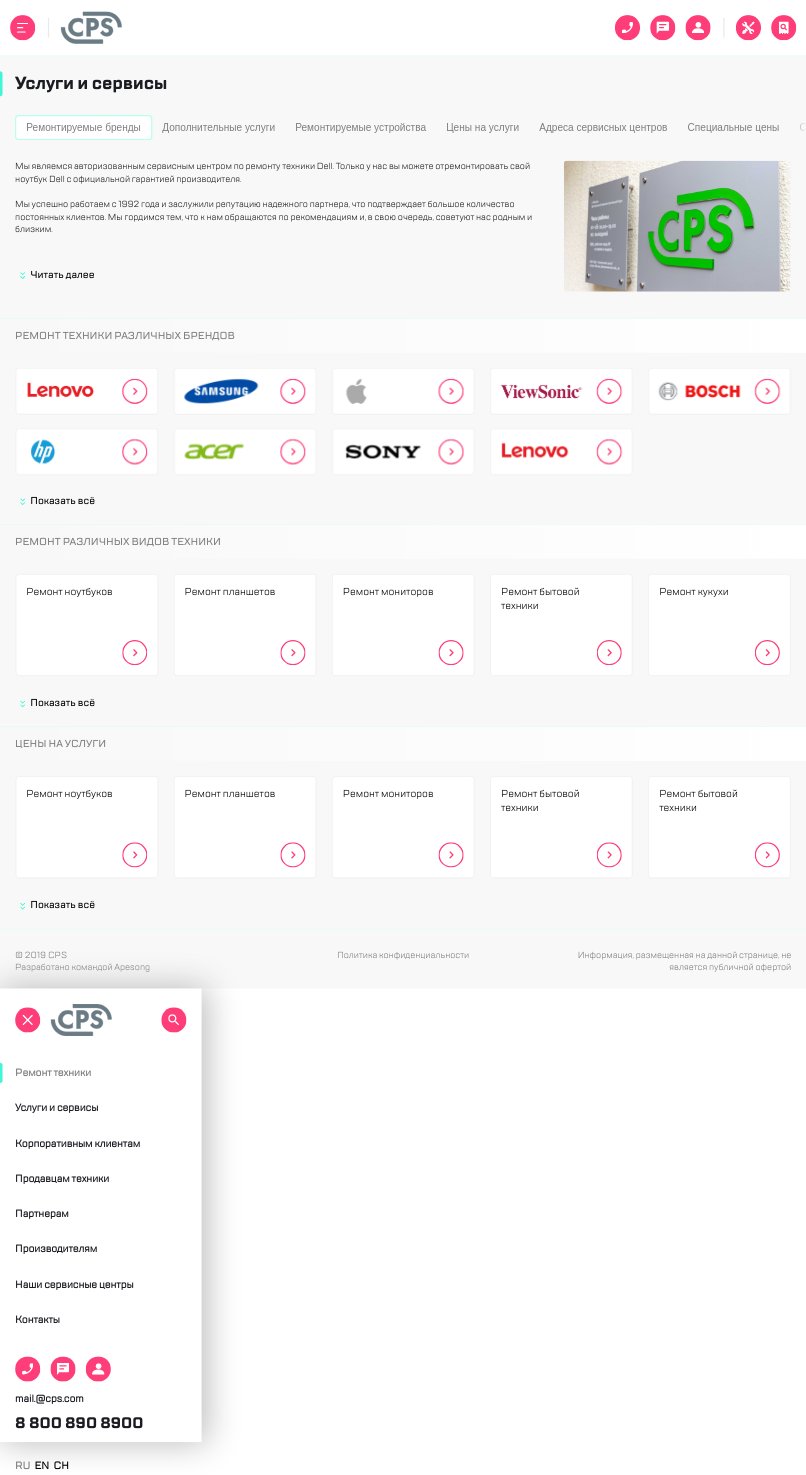
Repository: Dedoxa/WebCoreF
Page: /
These files come from the project's save history. The page is drawn as it stood at one moment and after the next save; the edit follows.
The browser window is 1280 px wide. The pictures show the whole page, at 63% of full size.
The project was rebuilt for these pictures with package versions that can differ from the ones it lists, and the page was loaded fresh each time. Also part of the build but not shown: webpack.config.js.

Above is the page before, as saved 2024-06-15 17:20:36.

After the next save:
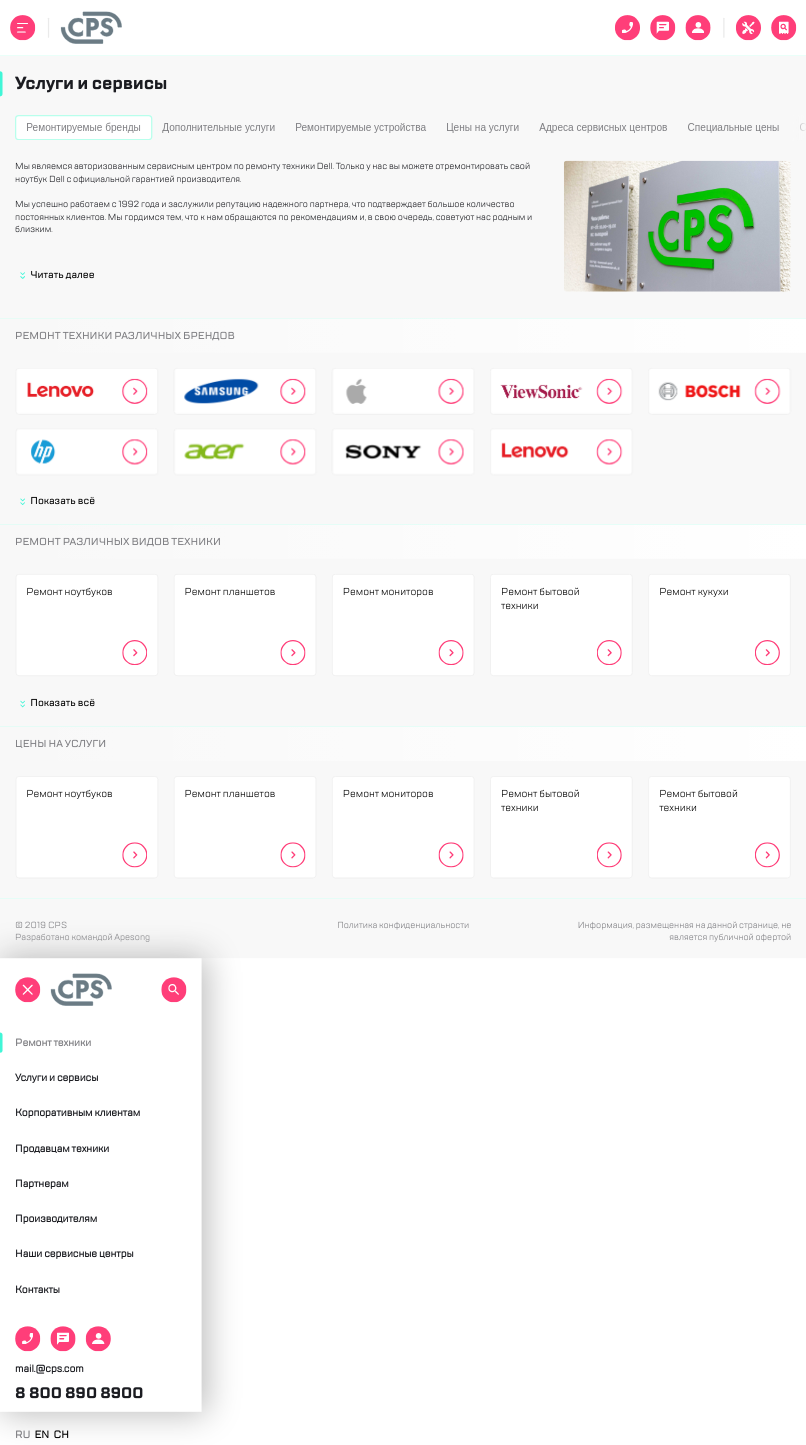
Saved 6 min 54 s later.
--- a/src/index.html
+++ b/src/index.html
@@ -284,11 +284,6 @@
                     </div>
                 </div>
             </div>
-            <div class="plates__toggler-area">
-                <label class="plates__wrapper plates__wrapper-toggler">
-                    <span id="devices-toggler" class="plates__toggler">Показать всё</span>
-                </label>
-            </div>
         </div>
       </section>
       <footer class="footer">
